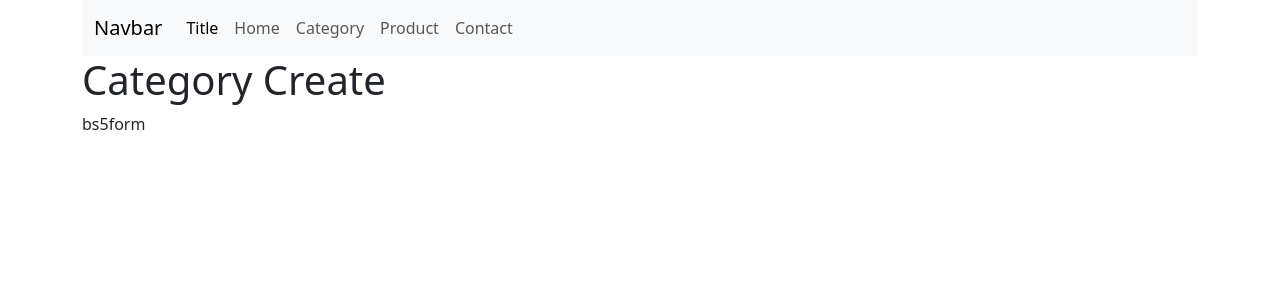
Repository: ndmq03102002/crud_laravel
Page: http://localhost/admin/category/create
The author's editor kept a copy of each file at every save. The page is drawn from the files as they stood at one save, then again after the next save.
The browser window is 1280 px wide. The pictures show the whole page.
The page is served by the project's Laravel application, run on PHP 8.4 with Laravel 10. A made-up administrator, Test User (test@example.com), is signed in. Other server files are loaded and not shown.

Above is the page before, as saved 2024-07-12 10:15:34.

### routes/web.php
<?php

use App\Http\Controllers\HomeController;
use App\Http\Controllers\AdminController;
use Illuminate\Support\Facades\Route;
use App\Http\Controllers\ProductController;
use App\Http\Controllers\CategoryController;
/*
|--------------------------------------------------------------------------
| Web Routes
|--------------------------------------------------------------------------
|
| Here is where you can register web routes for your application. These
| routes are loaded by the RouteServiceProvider and all of them will
| be assigned to the "web" middleware group. Make something great!
|
*/

Route::group(['prefix' => ''], function () {
    Route::get('/', [HomeController::class, 'index'])->name('home.index');
});

Route::get('/admin/login', [AdminController::class, 'login'])->name('admin.login');
Route::post('/admin/login', [AdminController::class, 'Checklogin']);
Route::get('/admin/register', [AdminController::class, 'register'])->name('admin.register');
Route::post('/admin/register', [AdminController::class, 'Checkregister']);


Route::group(['prefix' => 'admin', 'middleware'=>'auth'], function () {
    Route::get('/', [AdminController::class, 'index'])->name('admin.index');
    Route::resources([
        'product' => ProductController::class,
        'category' => CategoryController::class,
    ]);
});

### app/Http/Controllers/CategoryController.php
<?php

namespace App\Http\Controllers;

use App\Models\Category;
use Illuminate\Http\Request;

class CategoryController extends Controller
{
    /**
     * Display a listing of the resource.
     */
    public function index()
    {
        $cats = Category::orderBy('id', 'desc')->paginate(50);
        return view('admin.category.index', compact('cats'));
    }

    /**
     * Show the form for creating a new resource.
     */
    public function create()
    {
        return view('admin.category.create');
    }

    /**
     * Store a newly created resource in storage.
     */
    public function store(Request $request)
    {
        $request->validate([
            'name' => 'required|unique:categories',

        ]);
        $data = request()->all('name','status');
        Category::create($data);
        return redirect()->route('category.index');
    }

    /**
     * Display the specified resource.
     */
    public function show(Category $category)
    {
        //
    }

    /**
     * Show the form for editing the specified resource.
     */
    public function edit(Category $category)
    {
        //
    }

    /**
     * Update the specified resource in storage.
     */
    public function update(Request $request, Category $category)
    {
        //
    }

    /**
     * Remove the specified resource from storage.
     */
    public function destroy(Category $category)
    {
        //
    }
}

### resources/views/admin/category/create.blade.php
@extends('admin.admin')

@section('main')

<h1>Category Create</h1>

bs5form


@endsection

### resources/views/admin/admin.blade.php
<!doctype html>
<html lang="en">
    <head>
        <title>Title</title>
        <!-- Required meta tags -->
        <meta charset="utf-8" />
        <meta
            name="viewport"
            content="width=device-width, initial-scale=1, shrink-to-fit=no"
        />

        <!-- Bootstrap CSS v5.2.1 -->
        <link
            href="https://cdn.jsdelivr.net/npm/bootstrap@5.3.2/dist/css/bootstrap.min.css"
            rel="stylesheet"
            integrity="sha384-T3c6CoIi6uLrA9TneNEoa7RxnatzjcDSCmG1MXxSR1GAsXEV/Dwwykc2MPK8M2HN"
            crossorigin="anonymous"
        />
    </head>

    <body>

        <div
            class="container"
        >
        <nav class="navbar navbar-expand-lg bg-body-tertiary">
            <div class="container-fluid">
              <a class="navbar-brand" href="#">Navbar</a>
              <button class="navbar-toggler" type="button" data-bs-toggle="collapse" data-bs-target="#navbarNav" aria-controls="navbarNav" aria-expanded="false" aria-label="Toggle navigation">
                <span class="navbar-toggler-icon"></span>
              </button>
              <div class="collapse navbar-collapse" id="navbarNav">
                <ul class="navbar-nav">
                  <li class="nav-item">
                    <a class="nav-link active" aria-current="page" href="#">Title</a>
                  </li>
                  <li class="nav-item">
                    <a class="nav-link" href="{{route('admin.index')}}">Home</a>
                  </li>
                  <li class="nav-item">
                    <a class="nav-link" href="{{route('category.index')}}">Category</a>
                  </li>
                  <li class="nav-item">
                    <a class="nav-link" href="{{route('product.index')}}">Product</a>
                  </li>
                    <li class="nav-item">
                        <a class="nav-link" href="#">Contact</a>
                    </li>
                </ul>
              </div>
            </div>
          </nav>

        </div>

        <div
            class="container"
        >
            @yield('main')
        </div>





        <script
            src="https://cdn.jsdelivr.net/npm/@popperjs/core@2.11.8/dist/umd/popper.min.js"
            integrity="sha384-I7E8VVD/ismYTF4hNIPjVp/Zjvgyol6VFvRkX/vR+Vc4jQkC+hVqc2pM8ODewa9r"
            crossorigin="anonymous"
        ></script>

        <script
            src="https://cdn.jsdelivr.net/npm/bootstrap@5.3.2/dist/js/bootstrap.min.js"
            integrity="sha384-BBtl+eGJRgqQAUMxJ7pMwbEyER4l1g+O15P+16Ep7Q9Q+zqX6gSbd85u4mG4QzX+"
            crossorigin="anonymous"
        ></script>
    </body>
</html>

Loaded but not shown: app/Models/User.php (common file); app/Http/Controllers/Controller.php (common file)

After the next save:
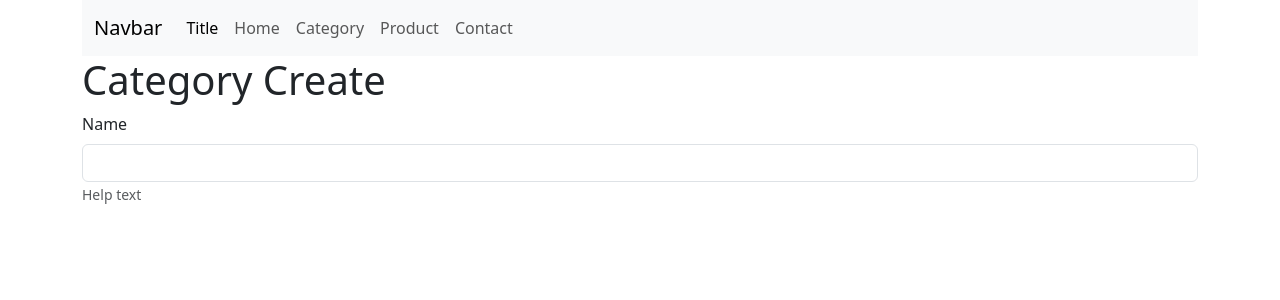
Saved 6 s later.
--- a/resources/views/admin/category/create.blade.php
+++ b/resources/views/admin/category/create.blade.php
@@ -4,7 +4,19 @@
 
 <h1>Category Create</h1>
 
-bs5form
+<div class="mb-3">
+    <label for="" class="form-label">Name</label>
+    <input
+        type="text"
+        name=""
+        id=""
+        class="form-control"
+        placeholder=""
+        aria-describedby="helpId"
+    />
+    <small id="helpId" class="text-muted">Help text</small>
+</div>
+
 
 
 @endsection
